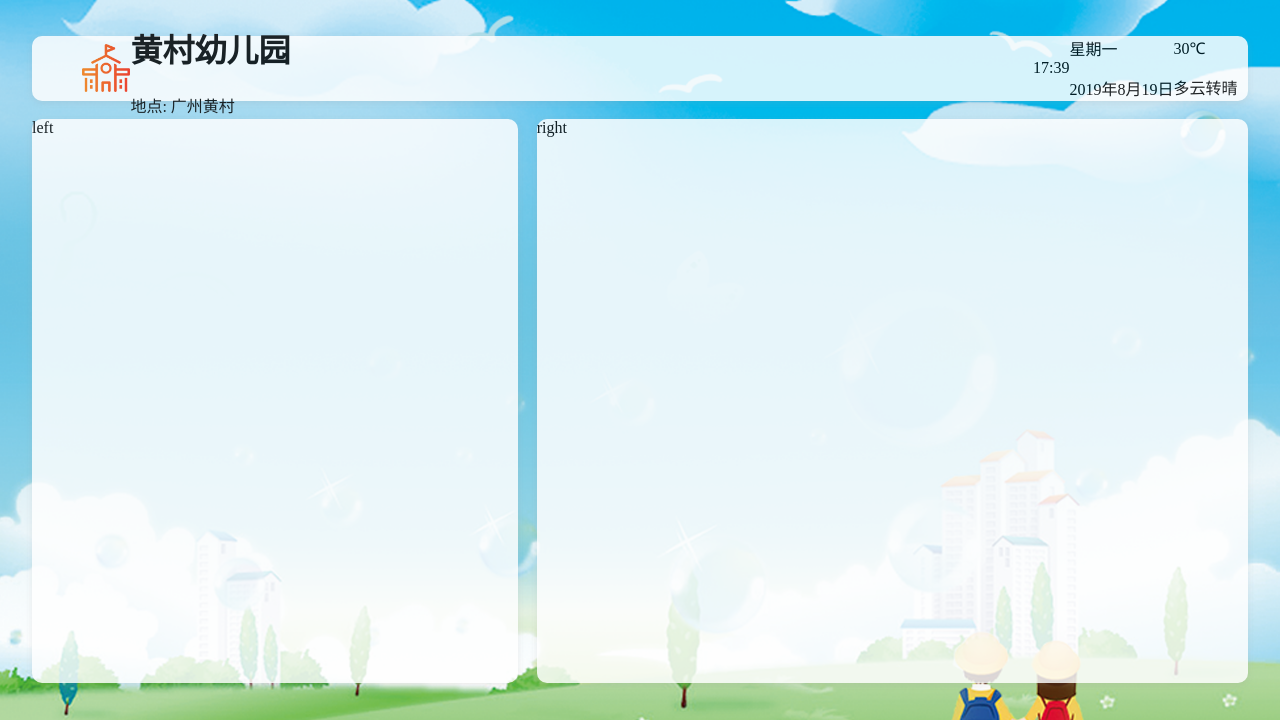
Repository: huangdesheng/classBrand
Page: / (app in classBrand/)
An editor plug-in stored every save of this project. The page is shown before and after the next save, followed by the edit.
The browser window is 1280 px wide. The pictures show the whole page.
The project was rebuilt for these pictures with package versions that can differ from the ones it lists, and the page was loaded fresh each time.

Above is the page before, as saved 2019-08-23 10:14:57.

### classBrand/index.html
<!DOCTYPE html>
<html>

<head>
  <meta charset="utf-8">
  <meta name="viewport" content="width=device-width,initial-scale=1.0">
  <meta name="viewport"
    content="width=device-width, user-scalable=no, initial-scale=1.0, maximum-scale=1.0, minimum-scale=1.0">
  <meta name="x5-orientation" content="portrait">
  <!-- QQ应用模式 -->
  <meta name="x5-page-mode" content="app">
  <!-- windows phone 点击无高光 -->
  <meta name="msapplication-tap-highlight" content="no">
  <meta content=yes name=apple-mobile-web-app-capable>
  <meta content=yes name=apple-touch-fullscreen>
  <!-- 禁止将页面中的数字识别为电话号码 -->
  <meta name="format-detection" content="telephone=no,email=no">
  <title>classbrand</title>
</head>

<body>
  <div id="app"></div>
  <!-- built files will be auto injected -->
</body>

</html>

### classBrand/src/main.js
// The Vue build version to load with the `import` command
// (runtime-only or standalone) has been set in webpack.base.conf with an alias.
import Vue from 'vue'
import App from './App'
import router from './router'
import 'lib-flexible'

Vue.config.productionTip = false

/* eslint-disable no-new */
new Vue({
  el: '#app',
  router,
  components: {
    App
  },
  template: '<App/>'
})

### classBrand/src/App.vue
<template>
  <div id="app">
    <router-view />
  </div>
</template>

<script>
export default {
  name: "App"
};
</script>

<style lang="less">
.bt {
  width: 100vw;
  height: 100vh;
  background: url(./assets/bg/bg.png);
  background-size: 100% 100%;
  background-repeat: no-repeat;
  background-position: center;
  position: fixed;
  left: 0;
  top: 0;
  display: flex;
  justify-content: center;
  align-items: center;
}
#app {
  .bt;
}
</style>

### classBrand/src/router/index.js
import Vue from 'vue'
import Router from 'vue-router'
import index from '@/views/index'

Vue.use(Router)

export default new Router({
  routes: [{
    path: '/',
    name: 'index',
    component: index
  }]
})

### classBrand/src/views/index/index.vue
<template>
  <div id="index">
    <header>
      <ul>
        <li>
          <span></span>
          <div>
            <h1>黄村幼儿园</h1>
            <p>地点: 广州黄村</p>
          </div>
        </li>
        <li>
          <div>17:39</div>
          <div>
            <p>星期一</p>
            <p>2019年8月19日</p>
          </div>
          <div>
            <p>30℃</p>
            <p>多云转晴</p>
          </div>
        </li>
      </ul>
    </header>
    <section>
      <aside>left</aside>
      <aside>right</aside>
    </section>
  </div>
</template>

<script>
export default {};
</script>

<style lang="less" scoped>
.bt {
  background: rgba(255, 255, 255, 1);
  box-shadow: 0px 2px 7px 0px rgba(161, 157, 157, 0.23);
  opacity: 0.84;
  border-radius: 10px;
}
.img {
  width: 3rem;
  height: 3rem;
  background-size: 100% 100%;
  background-position: center center;
  background-repeat: no-repeat;
}
.flex {
  display: flex;
  justify-content: space-between;
  align-items: center;
}
#index {
  width: 95%;
  height: 90%;
  header {
    .bt;
    height: 10%;
    width: 100%;
    > ul {
      list-style: none;
      width: 95%;
      height: 100%;
      margin: 0 auto;
      display: flex;
      justify-content: space-between;
      align-items: center;
      li {
        .flex;
        &:nth-of-type(1) {
          > span {
            background: url(../../assets/icon/index.png);
            .img;
          }
        }
      }
    }
  }
  section {
    .flex;
    width: 100%;
    margin-top: 1.5%;
    height: 87%;
    aside {
      .bt;
      height: 100%;
      &:nth-of-type(1) {
        width: 40%;
        margin-right: 1.5%;
      }
      &:nth-of-type(2) {
        flex: 1;
      }
    }
  }
}
</style>

After the next save:
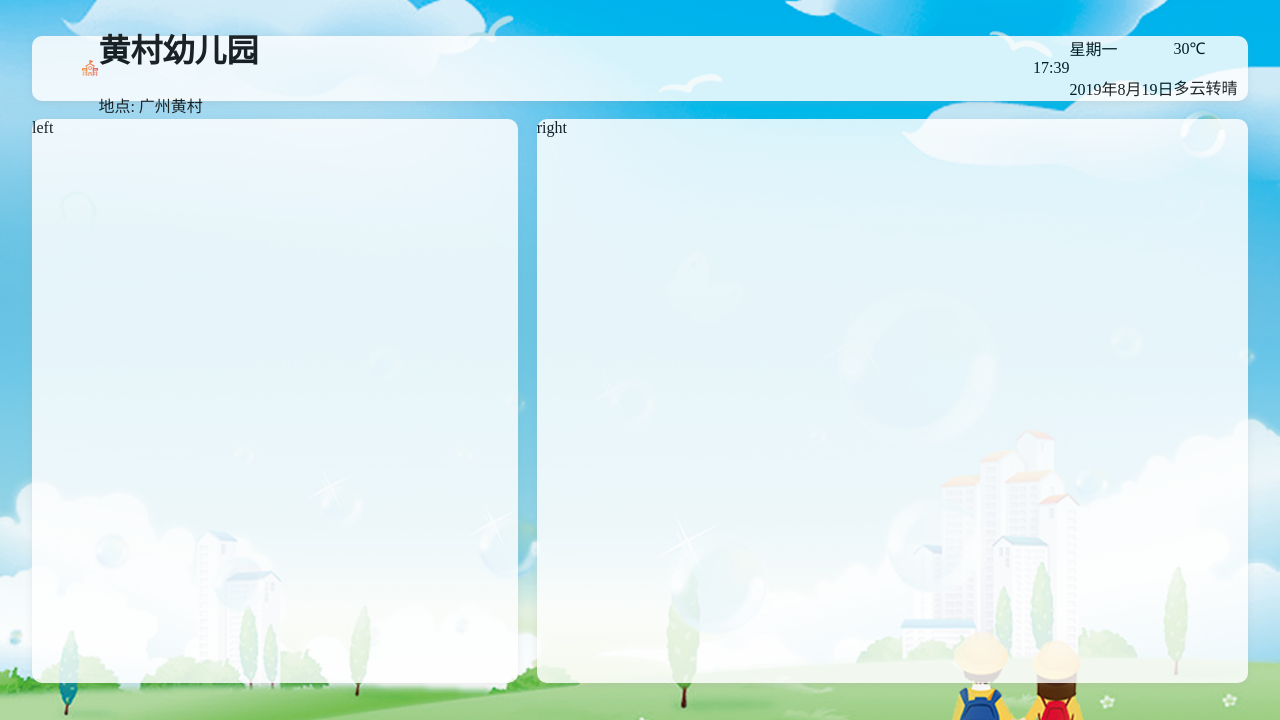
Saved 10 s later.
--- a/classBrand/src/views/index/index.vue
+++ b/classBrand/src/views/index/index.vue
@@ -41,8 +41,8 @@ export default {};
   border-radius: 10px;
 }
 .img {
-  width: 3rem;
-  height: 3rem;
+  width: 1rem;
+  height: 1rem;
   background-size: 100% 100%;
   background-position: center center;
   background-repeat: no-repeat;
